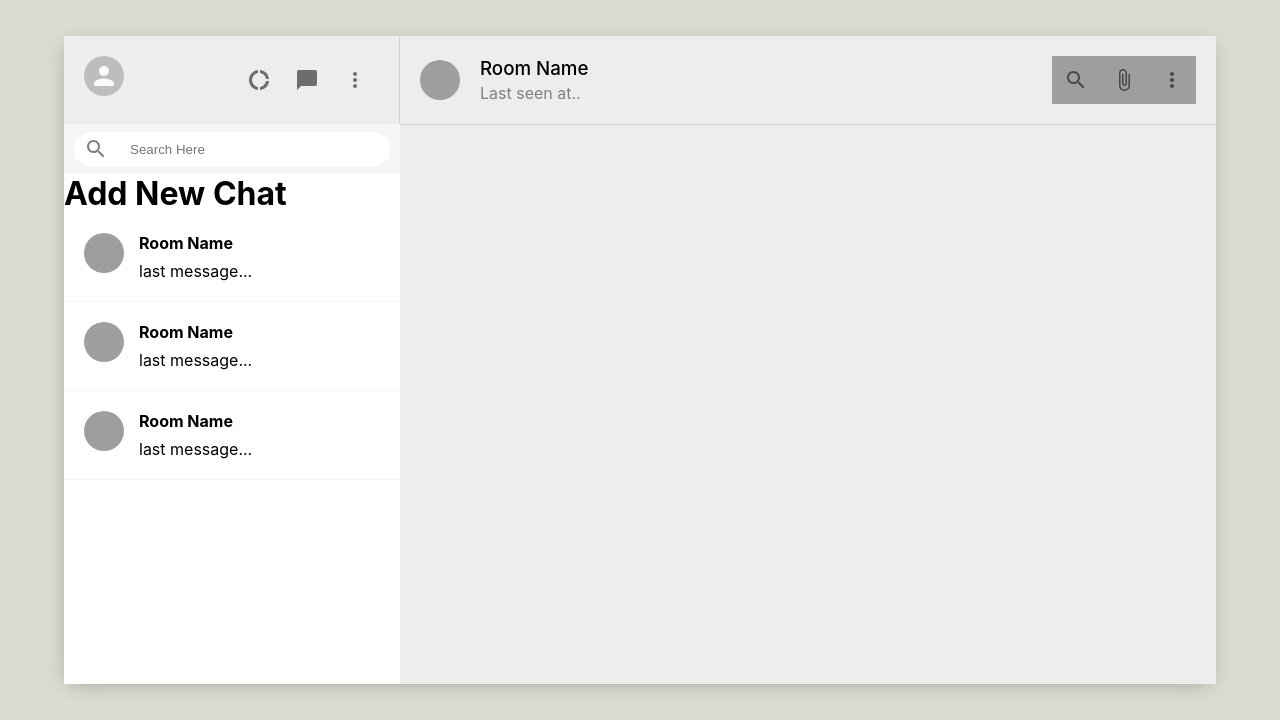
Repository: Prafullkuma/whatsappclon
Page: /
The author's editor kept a copy of each file at every save. The page is drawn from the files as they stood at one save, then again after the next save.
The browser window is 1280 px wide. The pictures show the whole page.
Pictures or frames that could not be fetched are drawn as grey boxes. The project was rebuilt for these pictures with package versions that can differ from the ones it lists, and the page was loaded fresh each time.

Above is the page before, as saved 2020-08-19 13:08:41.

After the next save:
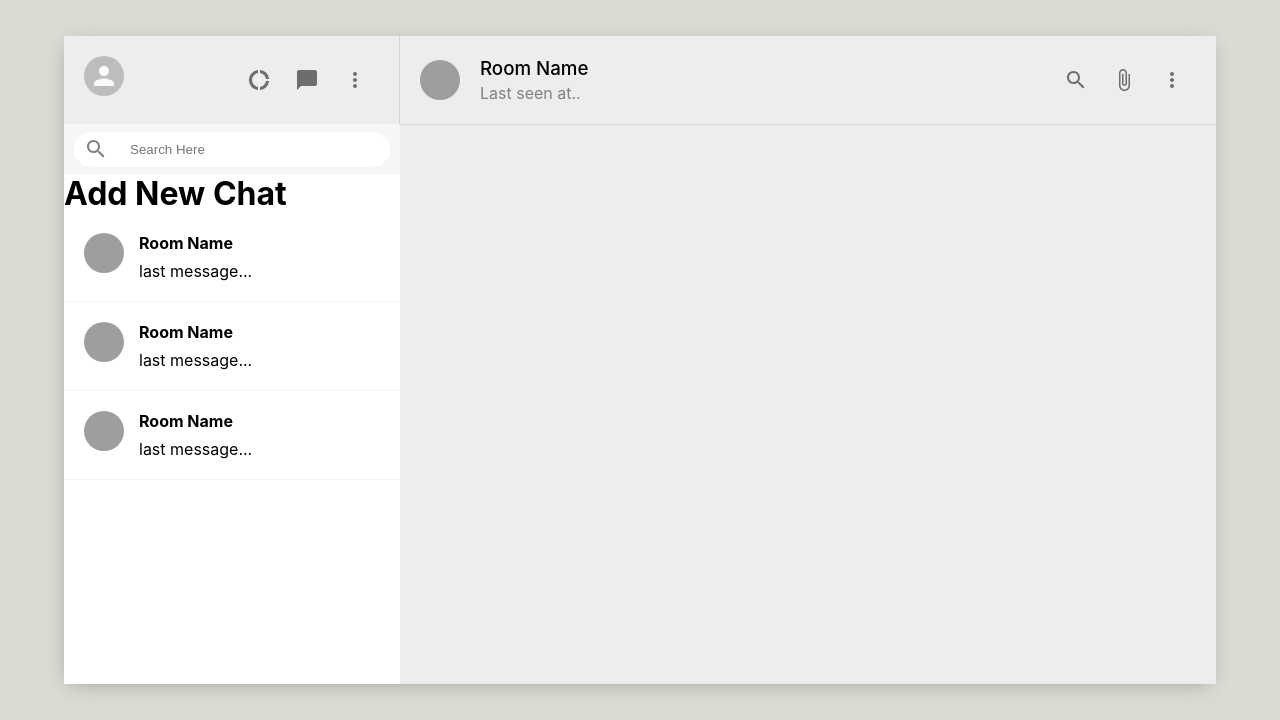
Saved 37 s later.
--- a/src/Component/mainChat.css
+++ b/src/Component/mainChat.css
@@ -26,6 +26,6 @@
     justify-content: space-between;
     min-width: 100px;
 }
-.chat__headerRight{
+.mainChat_body{
     background-image: url('https://user-images.githubusercontent.com/15075759/28719144-86dc0f70-73b1-11e7-911d-60d70fcded21.png');
 }
